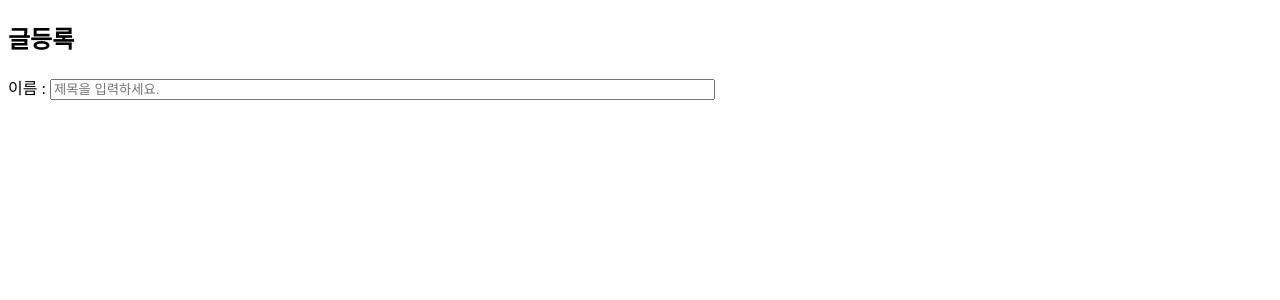
Repository: Park147/Django
Page: jango/pyboard/board/templates/board/register.html
An editor plug-in stored every save of this project. The page is shown before and after the next save, followed by the edit.
The browser window is 1280 px wide. The pictures show the whole page.

Above is the page before, as saved 2023-07-18 07:15:50.

### jango/pyboard/board/templates/board/register.html
<!DOCTYPE html>
<html>
<head>
<meta charset="UTF-8">
<title>Insert title here</title>
</head>
<body>
	<h2>글등록</h2>
	<form id="form1" name="form1" method="post" action="/insert/" enctype="multipart/fore-data">
		<div>
			이름 : <input type="text" name="title" size="80" placeholder="제목을 입력하세요.">
		</div>
	</form>
</body>
</html>

After the next save:
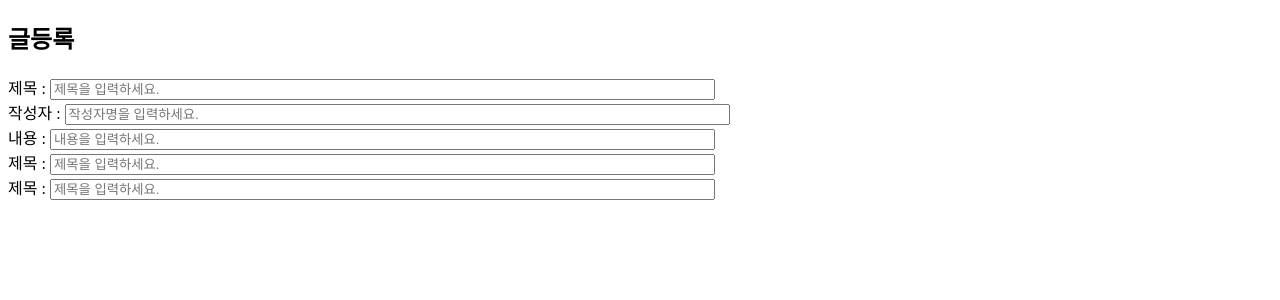
Saved 83 s later.
--- a/jango/pyboard/board/templates/board/register.html
+++ b/jango/pyboard/board/templates/board/register.html
@@ -7,9 +7,11 @@
 <body>
 	<h2>글등록</h2>
 	<form id="form1" name="form1" method="post" action="/insert/" enctype="multipart/fore-data">
-		<div>
-			이름 : <input type="text" name="title" size="80" placeholder="제목을 입력하세요.">
-		</div>
+		<div> 제목 : <input type="text" name="title" size="80" placeholder="제목을 입력하세요."> </div>
+		<div> 작성자 : <input type="text" name="writer" size="80" placeholder="작성자명을 입력하세요."> </div>
+		<div> 내용 : <input type="text" name="content" size="80" placeholder="내용을 입력하세요."> </div>
+		<div> 제목 : <input type="text" name="title" size="80" placeholder="제목을 입력하세요."> </div>
+		<div> 제목 : <input type="text" name="title" size="80" placeholder="제목을 입력하세요."> </div>
 	</form>
 </body>
 </html>
